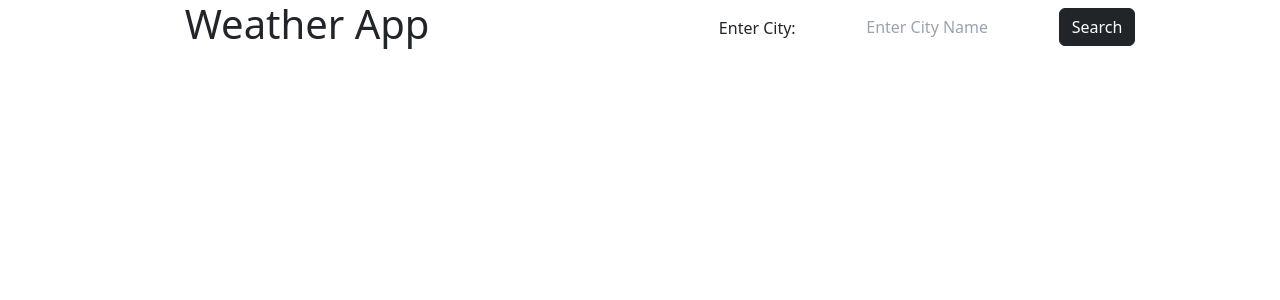
Repository: bhaveshtrades/weatherapp
Page: /
The author's editor kept a copy of each file at every save. The page is drawn from the files as they stood at one save, then again after a run of saves.
The browser window is 1280 px wide. The pictures show the whole page.
The project was rebuilt for these pictures with package versions that can differ from the ones it lists, and the page was loaded fresh each time. Also part of the build but not shown: src/components/DetailedWeather.jsx, src/components/HourlyForecast.jsx.

Above is the page before, as saved 2023-01-25 00:33:56.

After the next 2 saves:
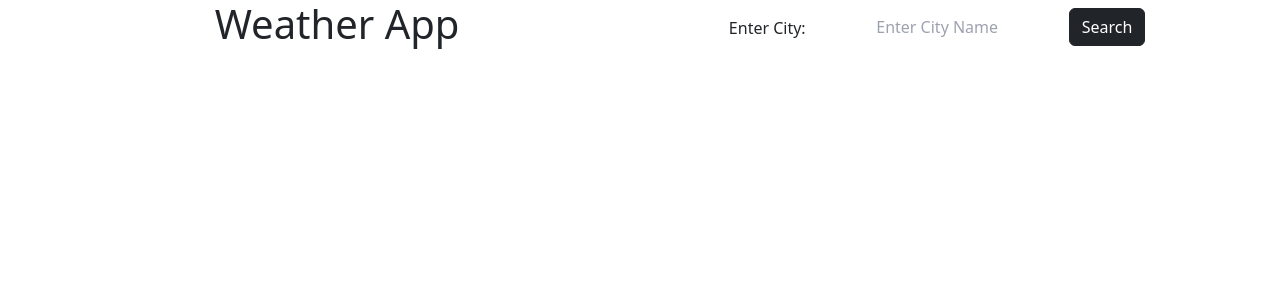
The 2 saves are shown as one change because they came seconds apart.
The last was saved 32 s later.
--- a/src/components/Navbar.jsx
+++ b/src/components/Navbar.jsx
@@ -4,7 +4,7 @@ function Navbar({resultProp, cityProp}){
 
   return (
     <>
-    <div className='sm: flex justify-around ml-10'>
+    <div className='sm: flex justify-around ml-20'>
     <div>
     <h1>Weather App</h1>
     </div>
